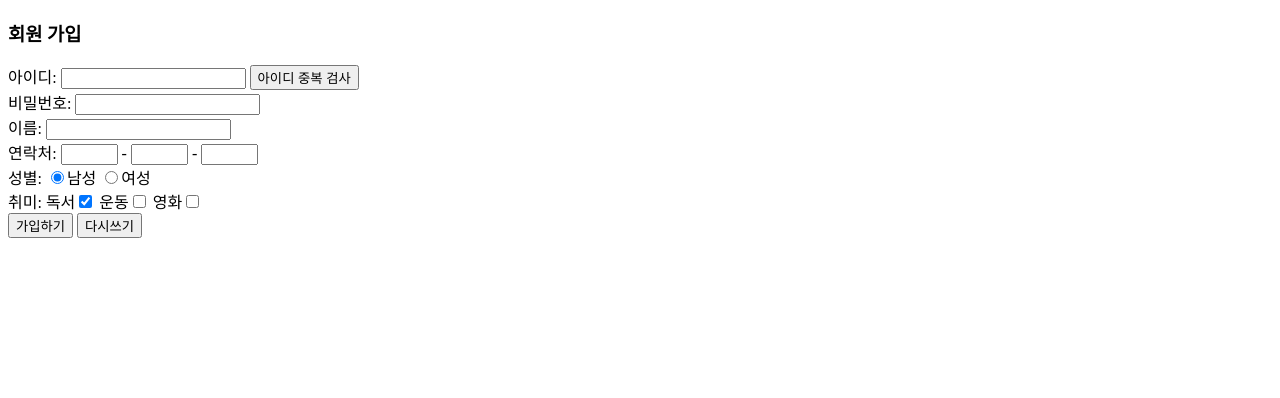
Repository: SJM7301/KH-JSP
Page: http://localhost/JSPBook/ch06/form04.jsp
The author's editor kept a copy of each file at every save. The page is drawn from the files as they stood at one save, then again after the next save.
The browser window is 1280 px wide. The pictures show the whole page.
The page is served by Tomcat 10. Other server files are loaded and not shown.

Above is the page before, as saved 2025-02-05 00:37:11.

### JSPBook/src/main/webapp/ch06/form04.jsp
<%@ page language="java" contentType="text/html; charset=UTF-8"
    pageEncoding="UTF-8"%>
<!DOCTYPE html>
<html>
<head>
<meta charset="UTF-8">
<title>Insert title here</title>
</head>
<body>
	<h3>회원 가입</h3>
	<form action="#" name="member" method="post">
		<p>
			아이디: <input type="text" name="id"> <input type="button" value="아이디 중복 검사"> <br>
			비밀번호: <input type="password" name="passwd"> <br>
			이름: <input type="text" name="name"> <br>
			연락처: <input type="text" maxlength="4" size="4" name="phone1">
				- <input type="text" maxlength="4" size="4" name="phone2">
				- <input type="text" maxlength="4" size="4" name="phone3"> <br>
			성별: <input type="radio" name="sex" value="남성" checked>남성
				<input type="radio" name="sex" value="여성">여성<br>
			취미: 독서<input type="checkbox" name="hobby1" checked>
				운동<input type="checkbox" name="hobby2">
				영화<input type="checkbox" name="hobby3"><br>
			<input type="submit" value="가입하기">
			<input type="reset" value="다시쓰기">
		</p>
	</form>
</body>
</html>

After the next save:
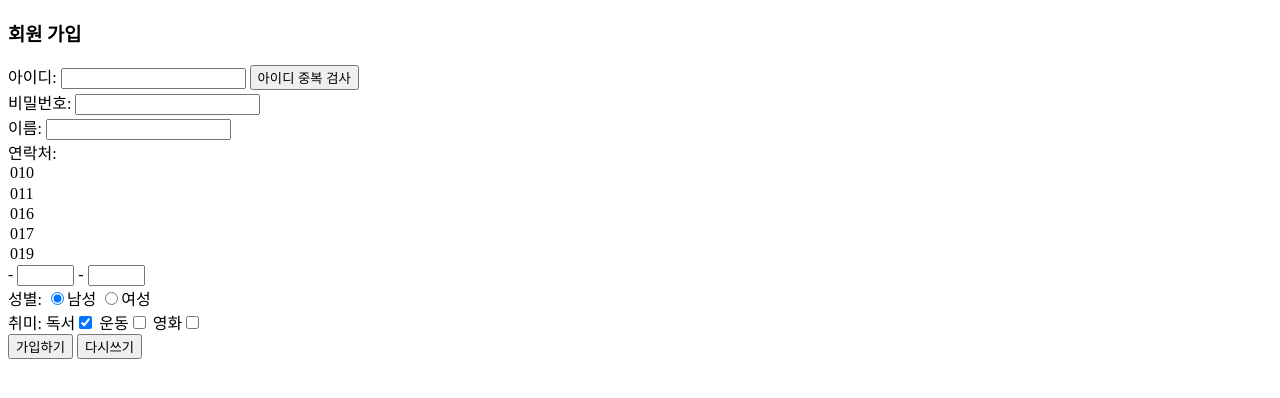
Saved 10 min 15 s later.
--- a/JSPBook/src/main/webapp/ch06/form04.jsp
+++ b/JSPBook/src/main/webapp/ch06/form04.jsp
@@ -13,7 +13,13 @@
 			아이디: <input type="text" name="id"> <input type="button" value="아이디 중복 검사"> <br>
 			비밀번호: <input type="password" name="passwd"> <br>
 			이름: <input type="text" name="name"> <br>
-			연락처: <input type="text" maxlength="4" size="4" name="phone1">
+			연락처: <slelect name="phone1">
+					<option value="010">010</option>
+					<option value="011">011</option>
+					<option value="016">016</option>
+					<option value="017">017</option>
+					<option value="019">019</option>
+				 </slelect>
 				- <input type="text" maxlength="4" size="4" name="phone2">
 				- <input type="text" maxlength="4" size="4" name="phone3"> <br>
 			성별: <input type="radio" name="sex" value="남성" checked>남성
